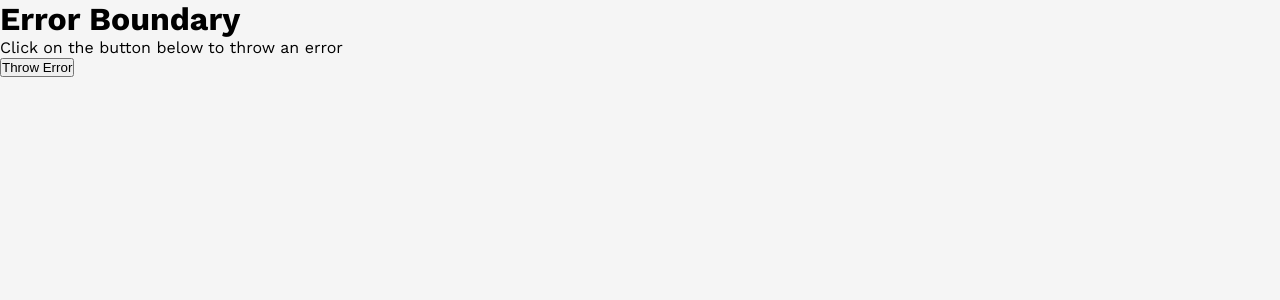
Repository: blessingpeters/myGithub
Page: /errortestpage
The author's editor kept a copy of each file at every save. The page is drawn from the files as they stood at one save, then again after the next save.
The browser window is 1280 px wide. The pictures show the whole page.
The project was rebuilt for these pictures with package versions that can differ from the ones it lists, and the page was loaded fresh each time. Also part of the build but not shown: src/components/Pagination.jsx, src/components/Repos.jsx, src/components/GithubProfile.jsx, src/components/Nav.jsx, src/pages/Home.jsx, src/pages/RepoPage.jsx, src/pages/NotFound.jsx, src/components/ErrorFallback.jsx.

Above is the page before, as saved 2022-11-02 18:19:12.

After the next save:
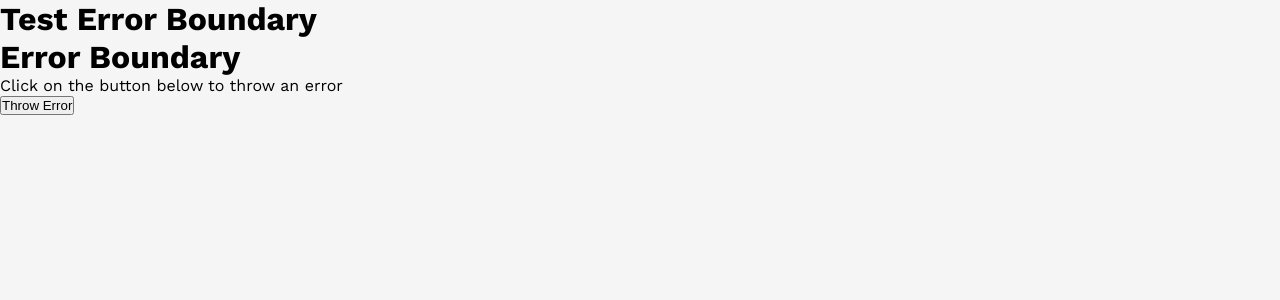
Saved 6 min 5 s later.
--- a/src/pages/ErrorTestPage.jsx
+++ b/src/pages/ErrorTestPage.jsx
@@ -6,6 +6,7 @@ function ErrorTest (){
     return (
         <ErrorBoundary FallbackComponent={ErrorFallback}>
             <div>
+                <h1>Test Error Boundary</h1>
                 <h1>Error Boundary</h1>
                 <p>Click on the button below to throw an error</p>
                 <button onClick={() => { throw new Error('Error thrown from the button') }}>Throw Error</button>
